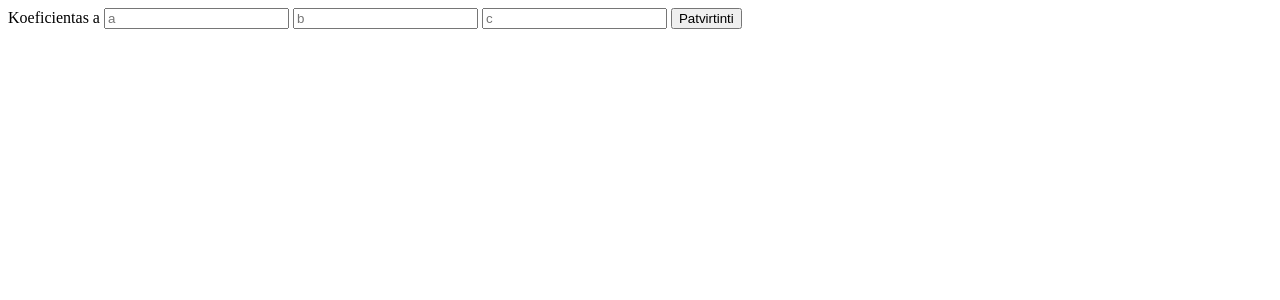
Repository: motiejus1/18-paskaita-05.31
Page: index.html
The author's editor kept a copy of each file at every save. The page is drawn from the files as they stood at one save, then again after a run of saves.
The browser window is 1280 px wide. The pictures show the whole page.

Above is the page before, as saved 2021-06-30 18:16:21.

### index.html
<!DOCTYPE html>
<html lang="en">
<head>
    <meta charset="UTF-8">
    <meta http-equiv="X-UA-Compatible" content="IE=edge">
    <meta name="viewport" content="width=device-width, initial-scale=1.0">
    <title>18 paskaita</title>
</head>
<body>

    <label>Koeficientas a</label>
    <input placeholder="a" type="text"/>
    <input placeholder="b" type="text"/>
    <input placeholder="c" type="text"/>
    <button>Patvirtinti</button>
    <script>
        "use strict";
        var a, b;
        a = 5;
        b = 10;
        if(a>b) {
            console.log("Skaicius a yra didesnis uz skaiciu b");
        } else if(b>a) {
            console.log("Skaicius b yra didesnis uz skaiciu a");
        } else if (a==b) {
            console.log("Skaicius yra lygus 0");
        } else {
            console.log("kazkuris is kintamuju yra ne skaicius");
        }

        // Surasti tiesinės kvadratinės lygties sprendinius.
        //Turi buti galimybe ivesti koeficientus a, b, c.
    </script>
</body>
</html>

After the next 5 saves:
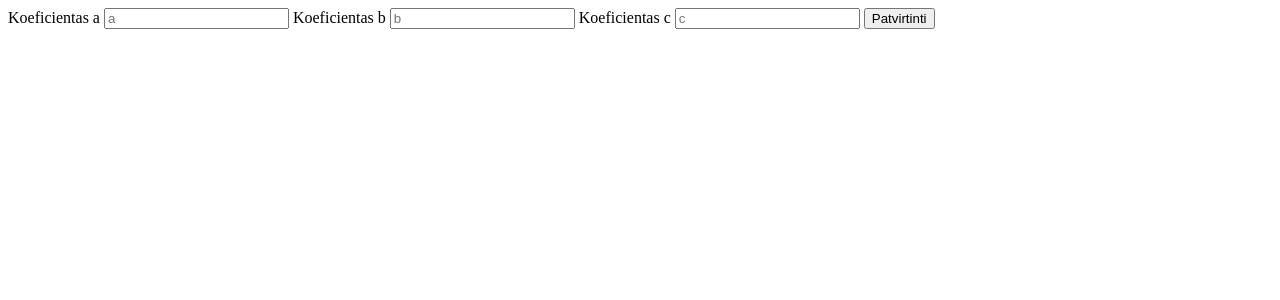
The 5 saves are shown as one change because they came seconds apart.
The last was saved 14 s later.
--- a/index.html
+++ b/index.html
@@ -10,7 +10,9 @@
 
     <label>Koeficientas a</label>
     <input placeholder="a" type="text"/>
+    <label>Koeficientas b</label>
     <input placeholder="b" type="text"/>
+    <label>Koeficientas c</label>
     <input placeholder="c" type="text"/>
     <button>Patvirtinti</button>
     <script>
